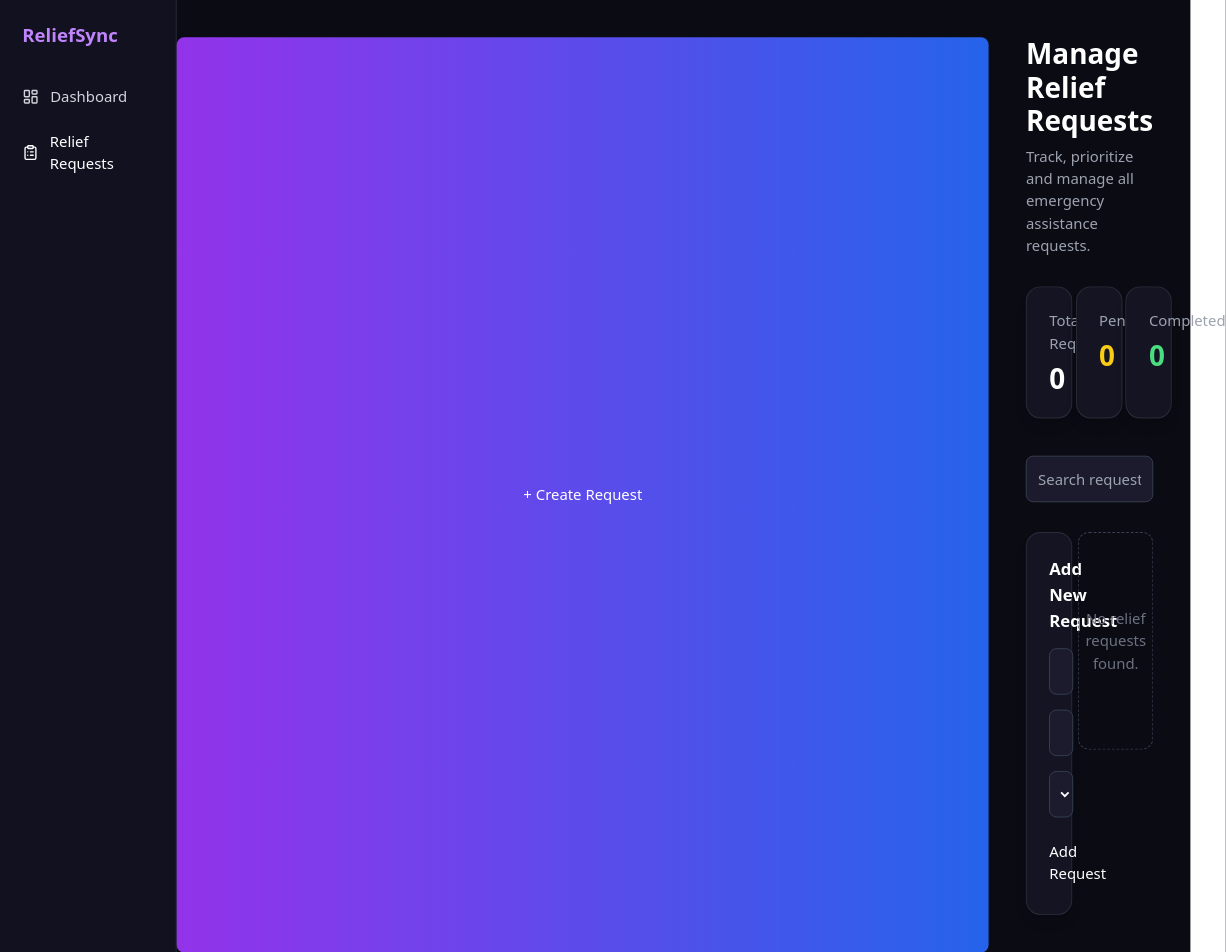
Repository: Gazal1116/Reliefsync
Page: /request (app in Frontend/)
The author's editor kept a copy of each file at every save. The page is drawn from the files as they stood at one save, then again after a run of saves.
The browser window is 1280 px wide. The page is 1318 px wide, then 1280 px, so the pictures cover 1318 px, including what lies to the right of the window. The pictures show the whole page, at 93% of full size.
The page's requests for data from a server got no answer. The project was rebuilt for these pictures with package versions that can differ from the ones it lists, and the page was loaded fresh each time. No one was signed in, and anything a server would have sent is missing. Also part of the build but not shown: Frontend/vite.config.js, Frontend/src/components/register.jsx, Frontend/src/components/login.jsx, Frontend/src/components/createrequest.jsx.

Above is the page before, as saved 2026-03-03 15:44:50.

### Frontend/index.html
<!doctype html>
<html lang="en">
  <head>
    <meta charset="UTF-8" />
    <link rel="icon" type="image/svg+xml" href="/vite.svg" />
    <meta name="viewport" content="width=device-width, initial-scale=1.0" />
    <title>reliefsync</title>
  </head>
  <body>
    <div id="root"></div>
    <script type="module" src="/src/main.jsx"></script>
  </body>
</html>

### Frontend/src/index.css
/* stylelint-disable */
@tailwind base;
@tailwind components;
@tailwind utilities;

### Frontend/src/App.jsx
import { BrowserRouter, Routes, Route } from "react-router-dom";
import Register from "./components/register";
import Login from "./components/login";
import ReliefRequests from "./components/reliefrequest";
import CreateRequest from "./components/createrequest";

function App() {
  return (
    <BrowserRouter>
      <Routes>
        {/* Make Register the default page */}
        <Route path="/" element={<Register />} />
        <Route path="/login" element={<Login />} />
        <Route path="/request" element={<ReliefRequests />} />
        <Route path="/createrequest" element={<CreateRequest />} />
      </Routes>
    </BrowserRouter>
  );
}

export default App;

### Frontend/src/components/reliefrequest.jsx
import { useEffect, useState } from "react";
import { Trash2, LayoutDashboard, ClipboardList } from "lucide-react";


function ReliefRequests() {
  const [requests, setRequests] = useState([]);
  const [title, setTitle] = useState("");
  const [location, setLocation] = useState("");
  const [priority, setPriority] = useState("Medium");
  const [search, setSearch] = useState("");
  const [showModal, setShowModal] = useState(false);

  useEffect(() => {
    fetch("http://localhost:5000/api/reliefrequests")
      .then(res => res.json())
      .then(data => setRequests(data))
      .catch(err => console.log(err));
  }, []);

  const handleSubmit = async (e) => {
    e.preventDefault();

    const newRequest = {
      title,
      location,
      priority,
      status: "Pending",
      createdAt: new Date()
    };

    const res = await fetch("http://localhost:5000/api/reliefrequests", {
      method: "POST",
      headers: { "Content-Type": "application/json" },
      body: JSON.stringify(newRequest),
    });

    const data = await res.json();
    setRequests([...requests, data]);
    setTitle("");
    setLocation("");
  };

  const handleDelete = async (id) => {
    await fetch(`http://localhost:5000/api/reliefrequests/${id}`, {
      method: "DELETE"
    });
    setRequests(requests.filter(req => req._id !== id));
  };

  const toggleStatus = async (id, currentStatus) => {
    const updatedStatus = currentStatus === "Pending" ? "Completed" : "Pending";

    await fetch(`http://localhost:5000/api/reliefrequests/${id}`, {
      method: "PUT",
      headers: { "Content-Type": "application/json" },
      body: JSON.stringify({ status: updatedStatus })
    });

    setRequests(requests.map(req =>
      req._id === id ? { ...req, status: updatedStatus } : req
    ));
  };

  const filtered = requests.filter(req =>
    req.title.toLowerCase().includes(search.toLowerCase())
  );

  // 📊 Stats Calculation
  const total = requests.length;
  const pending = requests.filter(r => r.status === "Pending").length;
  const completed = requests.filter(r => r.status === "Completed").length;

  return (
    <div className="flex min-h-screen bg-[#0b0b14] text-white">

      {/* Sidebar */}
      <div className="w-64 bg-[#111120] border-r border-white/10 p-6">
        <h1 className="text-xl font-semibold mb-10 text-purple-400">
          ReliefSync
        </h1>

        <div className="space-y-6 text-gray-300">
          <div className="flex items-center gap-3 hover:text-white cursor-pointer">
            <LayoutDashboard size={18} />
            Dashboard
          </div>

          <div className="flex items-center gap-3 text-white">
            <ClipboardList size={18} />
            Relief Requests
          </div>
        </div>

      </div>

      <button
  onClick={() => setShowModal(true)}
  className="mt-10 w-full py-2 bg-gradient-to-r
             from-purple-600 to-blue-600
             rounded-lg hover:opacity-90 transition"
>
  + Create Request
</button>

      {/* Main Content */}
      <div className="flex-1 p-10">

        {/* Header */}
        <div className="mb-8">
          <h2 className="text-3xl font-semibold mb-2">
            Manage Relief Requests
          </h2>
          <p className="text-gray-400">
            Track, prioritize and manage all emergency assistance requests.
          </p>
        </div>

        {/* 📊 Stats Cards */}
        <div className="grid md:grid-cols-3 gap-6 mb-10">
          <div className="p-6 bg-[#141423] rounded-2xl border border-white/10 shadow-lg">
            <h3 className="text-gray-400">Total Requests</h3>
            <p className="text-3xl font-bold mt-2">{total}</p>
          </div>

          <div className="p-6 bg-[#141423] rounded-2xl border border-white/10 shadow-lg">
            <h3 className="text-gray-400">Pending</h3>
            <p className="text-3xl font-bold mt-2 text-yellow-400">{pending}</p>
          </div>

          <div className="p-6 bg-[#141423] rounded-2xl border border-white/10 shadow-lg">
            <h3 className="text-gray-400">Completed</h3>
            <p className="text-3xl font-bold mt-2 text-green-400">{completed}</p>
          </div>
        </div>

        {/* Search */}
        <input
          type="text"
          placeholder="Search requests..."
          value={search}
          onChange={(e) => setSearch(e.target.value)}
          className="w-full mb-8 p-3 rounded-lg bg-[#1b1b2d] border border-gray-700"
        />

        <div className="grid md:grid-cols-3 gap-8">

          {/* Form */}
          <div className="bg-[#141423] p-6 rounded-2xl border border-white/10 shadow-lg">
            <h3 className="text-lg font-semibold mb-4">
              Add New Request
            </h3>

            <form onSubmit={handleSubmit} className="space-y-4">

              <input
                type="text"
                placeholder="Request Title"
                value={title}
                onChange={(e) => setTitle(e.target.value)}
                className="w-full p-3 rounded-lg bg-[#1b1b2d] border border-gray-700"
              />

              <input
                type="text"
                placeholder="Location"
                value={location}
                onChange={(e) => setLocation(e.target.value)}
                className="w-full p-3 rounded-lg bg-[#1b1b2d] border border-gray-700"
              />

              <select
                value={priority}
                onChange={(e) => setPriority(e.target.value)}
                className="w-full p-3 rounded-lg bg-[#1b1b2d] border border-gray-700"
              >
                <option>High</option>
                <option>Medium</option>
                <option>Low</option>
              </select>

              <button
                type="submit"
                className="w-full py-2 bg-gradient-to-r from-purple-600 to-blue-600
                           rounded-lg hover:opacity-90 transition"
              >
                Add Request
              </button>

            </form>
          </div>

          {/* Request List */}
          <div className="md:col-span-2 space-y-6">

            {filtered.length === 0 && (
              <div className="text-gray-500 text-center py-20 border border-dashed border-gray-700 rounded-xl">
                No relief requests found.
              </div>
            )}

            {filtered.map((req) => (
              <div
                key={req._id}
                className="p-6 bg-[#141423] rounded-2xl border border-white/10
                           hover:-translate-y-1 hover:shadow-purple-500/20
                           transition-all duration-300"
              >
                <div className="flex justify-between items-center">

                  <div>
                    <h3 className="text-lg font-semibold">{req.title}</h3>
                    <p className="text-gray-400">{req.location}</p>

                    <div className="flex gap-3 mt-3 text-sm">
                      <span className={`px-3 py-1 rounded-full ${
                        req.priority === "High"
                          ? "bg-red-500/20 text-red-400"
                          : req.priority === "Medium"
                          ? "bg-yellow-500/20 text-yellow-400"
                          : "bg-green-500/20 text-green-400"
                      }`}>
                        {req.priority} Priority
                      </span>

                      <button
                        onClick={() => toggleStatus(req._id, req.status)}
                        className={`px-3 py-1 rounded-full ${
                          req.status === "Pending"
                            ? "bg-yellow-500/20 text-yellow-400"
                            : "bg-green-500/20 text-green-400"
                        }`}
                      >
                        {req.status}
                      </button>
                    </div>
                  </div>

                  <Trash2
                    onClick={() => handleDelete(req._id)}
                    className="cursor-pointer text-red-400 hover:text-red-500"
                    size={18}
                  />

                </div>
              </div>
            ))}

          </div>
        </div>
      </div>
    </div>
  );
}

export default ReliefRequests;

Loaded but not shown: Frontend/src/main.jsx (common file); Frontend/tailwind.config.js (common file)

After the next 7 saves:
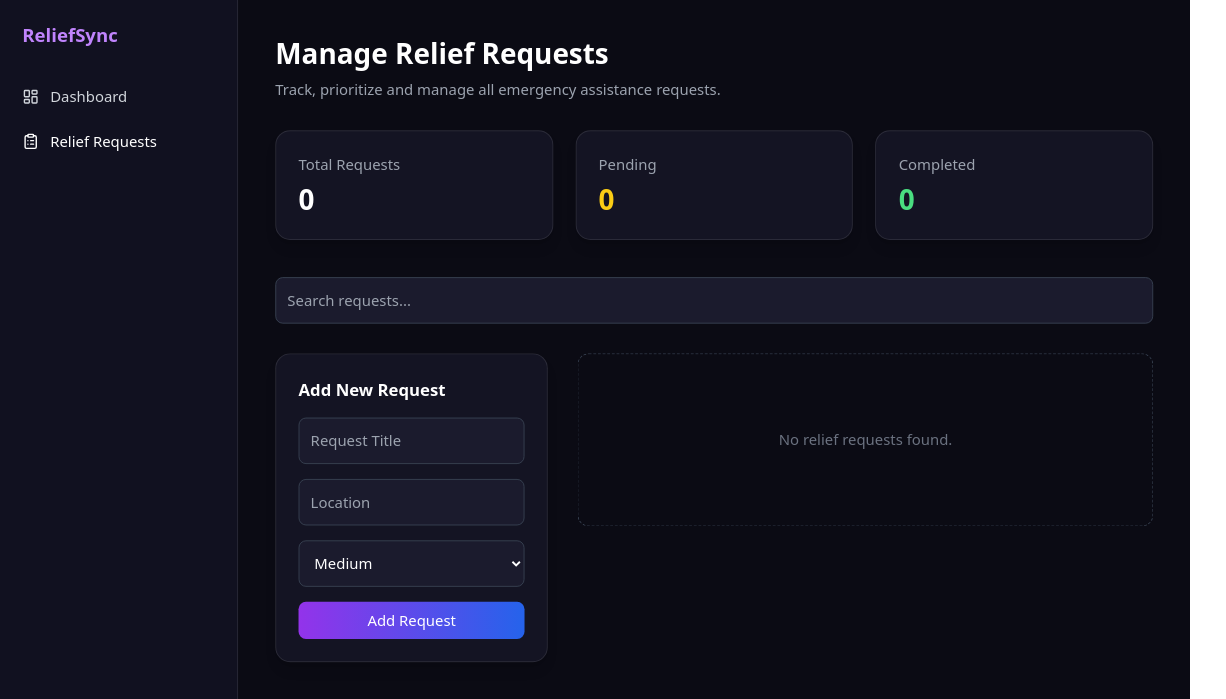
The 7 saves are shown as one change because they came seconds apart.
The last was saved 24 s later.
--- a/Frontend/src/components/reliefrequest.jsx
+++ b/Frontend/src/components/reliefrequest.jsx
@@ -1,6 +1,5 @@
 import { useEffect, useState } from "react";
 import { Trash2, LayoutDashboard, ClipboardList } from "lucide-react";
-
 
 function ReliefRequests() {
   const [requests, setRequests] = useState([]);
@@ -8,7 +7,6 @@ function ReliefRequests() {
   const [location, setLocation] = useState("");
   const [priority, setPriority] = useState("Medium");
   const [search, setSearch] = useState("");
-  const [showModal, setShowModal] = useState(false);
 
   useEffect(() => {
     fetch("http://localhost:5000/api/reliefrequests")
@@ -90,17 +88,8 @@ function ReliefRequests() {
             Relief Requests
           </div>
         </div>
-
       </div>
 
-      <button
-  onClick={() => setShowModal(true)}
-  className="mt-10 w-full py-2 bg-gradient-to-r
-             from-purple-600 to-blue-600
-             rounded-lg hover:opacity-90 transition"
->
-  + Create Request
-</button>
 
       {/* Main Content */}
       <div className="flex-1 p-10">
